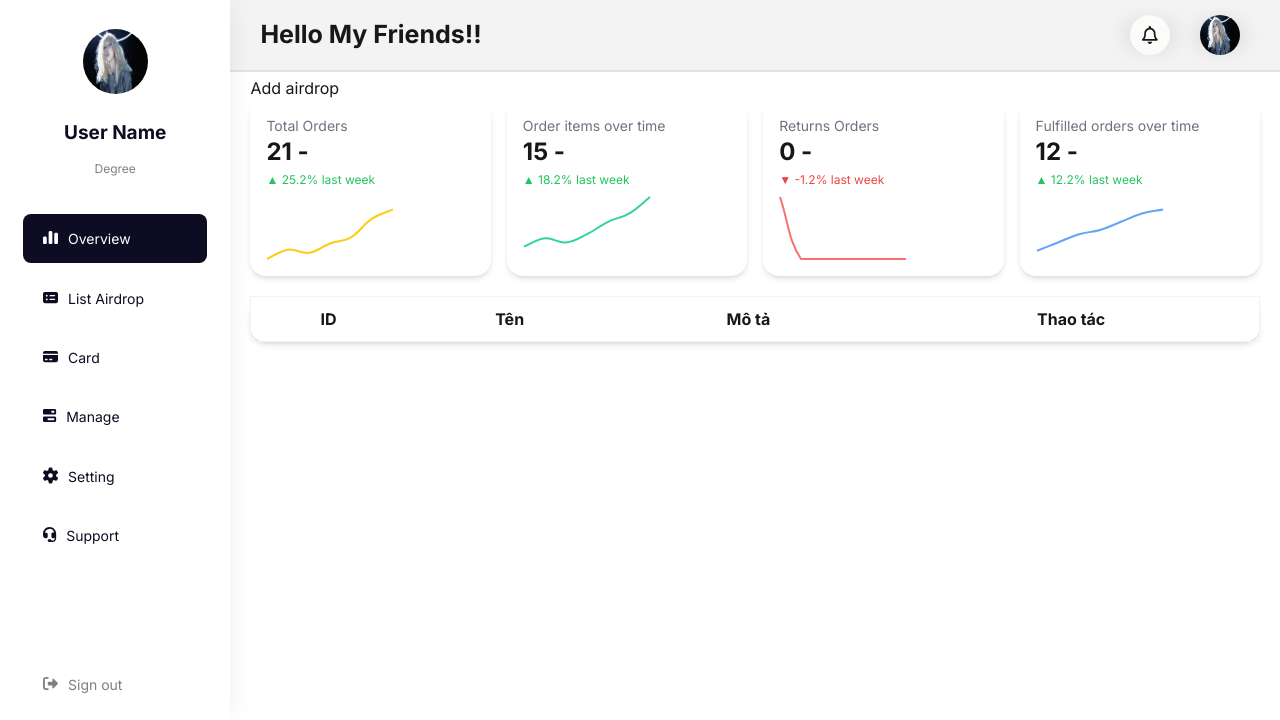
Repository: conGaStuer/airdropmamager
Page: /airdrops
The author's editor kept a copy of each file at every save. The page is drawn from the files as they stood at one save, then again after the next save.
The browser window is 1280 px wide. The pictures show the whole page.
The page's requests for data from a server got no answer. The project was rebuilt for these pictures with package versions that can differ from the ones it lists, and the page was loaded fresh each time. The framework's server and built-in components were replaced by stand-ins that run in the browser. No one was signed in, and anything a server would have sent is missing. Also part of the build but not shown: next.config.ts.

Above is the page before, as saved 2025-05-26 20:01:09.

### src/app/layout.tsx
// app/layout.tsx
import { Inter } from "next/font/google";
import "../styles/globals.css";
import NavBar from "@/components/NavBar";
import SideBar from "@/components/SideBar";

const inter = Inter({ subsets: ["latin"] });

export const metadata = {
  title: "Airdrop Admin",
  description: "Manage Airdrops",
};

// app/layout.tsx
export default function RootLayout({
  children,
}: {
  children: React.ReactNode;
}) {
  return (
    <html lang="en">
      <body>{children}</body>
    </html>
  );
}

### src/app/airdrops/layout.js
// app/airdrops/layout.js (hoặc layout.tsx nếu bạn dùng TypeScript)
"use client";
import React from "react";
import NavBar from "@/components/NavBar";
import SideBar from "@/components/SideBar";

export default function AirdropLayout({ children }) {
  return (
    <div className="flex">
      <SideBar />
      <div className="flex-1">
        <NavBar />
        <main className="pt-14 ">{children}</main>
      </div>
    </div>
  );
}

### src/app/airdrops/page.js
"use client";
import React from "react";
import { useState, useEffect } from "react";
import axios from "axios";
import { useRouter } from "next/navigation";

import StatCard from "@/components/StatCard";
import "../../styles/table.scss";
export default function AirdropPages() {
  const [airdrops, setAirdrops] = useState([]);

  useEffect(() => {
    const fetchAirdrops = async () => {
      try {
        const res = await axios.get("http://localhost:5000/api/airdrops");
        setAirdrops(res.data);
      } catch (err) {
        console.error("Error fetching airdrops:", err);
      }
    };
    fetchAirdrops();
  }, []);

  const handleDelete = async (id) => {
    if (confirm("Bạn có chắc muốn xóa airdrop này không?")) {
      await axios.delete(`http://localhost:5000/api/airdrops/${id}`);
      const res = await axios.get("http://localhost:5000/api/airdrops");
      setAirdrops(res.data);
    }
  };
  const router = useRouter();
  return (
    <div style={{ padding: 20 }}>
      <button onClick={() => router.push("./airdrops/new")}>Add airdrop</button>
      <div className=" grid grid-cols-1 md:grid-cols-2 lg:grid-cols-4 gap-4">
        <StatCard
          title="Total Orders"
          value={21}
          percentage={25.2}
          isUp={true}
          chartColor="#FACC15" // yellow
          data={[5, 8, 7, 10, 12, 18, 21]}
        />
        <StatCard
          title="Order items over time"
          value={15}
          percentage={18.2}
          isUp={true}
          chartColor="#34D399" // green
          data={[3, 5, 4, 6, 9, 11, 15]}
        />
        <StatCard
          title="Returns Orders"
          value={0}
          percentage={-1.2}
          isUp={false}
          chartColor="#F87171" // red
          data={[1, 0, 0, 0, 0, 0, 0]}
        />
        <StatCard
          title="Fulfilled orders over time"
          value={12}
          percentage={12.2}
          isUp={true}
          chartColor="#60A5FA" // blue
          data={[2, 4, 6, 7, 9, 11, 12]}
        />
      </div>
      <table
        border="1"
        cellPadding="10"
        style={{ marginTop: 20, width: "100%" }}
        className="shadow-md bg-white rounded-2xl p-4"
      >
        <thead>
          <tr>
            <th>ID</th>
            <th>Tên</th>
            <th>Mô tả</th>
            <th>Thao tác</th>
          </tr>
        </thead>
        <tbody>
          {airdrops.map((item) => (
            <tr key={item.id}>
              <td>{item.id}</td>
              <td>{item.name}</td>
              <td>{item.description}</td>
              <td>
                <button
                  onClick={() => router.push(`./airdrops/${item.id}/edit`)}
                >
                  Edit
                </button>
                <button onClick={() => handleDelete(item.id)}>Delete</button>
              </td>
            </tr>
          ))}
        </tbody>
      </table>
    </div>
  );
}

### src/styles/globals.css
@tailwind base;
@tailwind components;
@tailwind utilities;

:root {
  --background: #ffffff;
  --foreground: #171717;
}

@media (prefers-color-scheme: dark) {
  :root {
    --background: #ffffff;
    --foreground: #393737;
  }
}

body {
  color: var(--foreground);
  background: var(--background);
  font-family: inter;
  background-size: cover;
  background-position: center;
}

### src/components/NavBar.js
import React from "react";
import "../styles/navbar.scss";
import { FontAwesomeIcon } from "@fortawesome/react-fontawesome";
import {
  faEdit,
  faTrash,
  faRectangleList,
  faChartSimple,
  faCreditCard,
  faBarsProgress,
  faGear,
  faHeadset,
  faRightFromBracket,
  faRing,
} from "@fortawesome/free-solid-svg-icons";
import { faBell } from "@fortawesome/free-regular-svg-icons";
import Image from "next/image";
export default function NavBar() {
  return (
    <div className="nav-side">
      <p>Hello My Friends!!</p>
      <div className="menu">
        <div className="iconn">
          <FontAwesomeIcon icon={faBell} className="icon" />
        </div>
        <Image src="/styles/avt.jpg" alt="Avatar" width={20} height={20} />
      </div>
    </div>
  );
}

### src/components/SideBar.js
import React from "react";
import "../styles/sideBar.scss";
import { FontAwesomeIcon } from "@fortawesome/react-fontawesome";
import {
  faEdit,
  faTrash,
  faRectangleList,
  faChartSimple,
  faCreditCard,
  faBarsProgress,
  faGear,
  faHeadset,
  faRightFromBracket,
} from "@fortawesome/free-solid-svg-icons";
import Image from "next/image";
import Link from "next/link";
export default function SideBar() {
  return (
    <div className="side-bar">
      <div className="side-info">
        <div className="user-profile">
          <Image src="/styles/avt.jpg" alt="Avatar" width={80} height={80} />
          <h4>User Name</h4>
          <p>Degree</p>
        </div>
      </div>
      <div className="side-menu">
        <div className="menu-element menu-element1">
          <FontAwesomeIcon icon={faChartSimple} className="icon" />

          <span>Overview</span>
        </div>
        <Link href="./airdrops" className="menu-element">
          <FontAwesomeIcon icon={faRectangleList} className="icon" />

          <span>List Airdrop</span>
        </Link>
        <div className="menu-element">
          <FontAwesomeIcon icon={faCreditCard} className="icon" />
          <span>Card</span>
        </div>
        <div className="menu-element">
          <FontAwesomeIcon icon={faBarsProgress} className="icon" />
          <span>Manage</span>
        </div>
        <div className="menu-element">
          <FontAwesomeIcon icon={faGear} className="icon" />
          <span>Setting</span>
        </div>
        <div className="menu-element">
          <FontAwesomeIcon icon={faHeadset} className="icon" />

          <span>Support</span>
        </div>
      </div>
      <div className="side-logout">
        <FontAwesomeIcon icon={faRightFromBracket} className="icon" />
        <span>Sign out</span>
      </div>
    </div>
  );
}

### src/components/StatCard.js
import { Line } from "react-chartjs-2";
import {
  Chart as ChartJS,
  LineElement,
  CategoryScale,
  LinearScale,
  PointElement,
} from "chart.js";

ChartJS.register(LineElement, CategoryScale, LinearScale, PointElement);

export default function StatCard({
  title,
  value,
  percentage,
  chartColor,
  data,
  isUp,
}) {
  return (
    <div className="bg-white p-4 rounded-2xl shadow-md">
      <div className="text-sm text-gray-500">{title}</div>
      <div className="flex items-center justify-between">
        <div className="text-2xl font-bold">{value} -</div>
      </div>
      <div className="flex items-center text-xs text-gray-400 mt-1">
        <span className={isUp ? "text-green-500" : "text-red-500"}>
          {isUp ? "▲" : "▼"} {percentage}% last week
        </span>
      </div>
      <div className="h-16 mt-2">
        <Line
          data={{
            labels: data.map((_, i) => i),
            datasets: [
              {
                data,
                borderColor: chartColor,
                borderWidth: 2,
                tension: 0.4,
                pointRadius: 0,
              },
            ],
          }}
          options={{
            responsive: true,
            plugins: {
              legend: { display: false },
              tooltip: { enabled: false },
            },
            scales: {
              x: { display: false },
              y: { display: false },
            },
          }}
        />
      </div>
    </div>
  );
}

### src/styles/table.scss
table {
  border: 1px solid #f3f3f3;
}

### src/styles/navbar.scss
@mixin center-div {
  display: flex;

  justify-content: space-between;
  align-items: center;
}
@mixin no-space-text {
  margin: 0px;
  padding: 0px;
}
.nav-side {
  width: 82%;
  height: 10vh;
  background-color: #f3f3f3;
  position: fixed;
  float: right;
  right: 0px;

  border-bottom-right-radius: 0px;
  @include center-div();
  padding-left: 30px;
  padding-right: 40px;
  border-bottom: 2px solid rgb(226, 226, 226);
  p {
    font-size: 25px;
    font-weight: bold;
    font-family: "Inter", sans-serif;
  }
  .menu {
    width: 120px;
    height: 90%;
    @include center-div();

    .iconn {
      width: 40px;
      height: 40px;
      background-color: #fbfbfa;
      border-radius: 50%;
      @include center-div();
      justify-content: center;
      position: relative;
      left: 10px;
      box-shadow: 10px 0 20px -5px rgba(0, 0, 0, 0.1),
        -10px 0 20px -5px rgba(0, 0, 0, 0.1);

      .icon {
        font-size: 18px;
      }
    }
    img {
      width: 40px;
      height: 40px;
      border-radius: 50%;
      box-shadow: 10px 0 20px -5px rgba(0, 0, 0, 0.1),
        -10px 0 20px -5px rgba(0, 0, 0, 0.1);
    }
  }
}

### src/styles/sideBar.scss
@mixin center-div {
  display: flex;
  flex-direction: column;
  justify-content: space-between;
  align-items: center;
}
@mixin no-space-text {
  margin: 0px;
  padding: 0px;
}
.side-bar {
  font-family: "Inter", sans-serif;
  @include center-div();
  width: 18%;
  height: 100vh;
  background-color: white;
  color: #808080;
  box-shadow: 10px 0 20px -5px rgba(0, 0, 0, 0.05),
    -10px 0 20px -5px rgba(0, 0, 0, 0.05);
  z-index: 1;
  .icon {
    font-size: 15px;
    margin-right: 10px;
    position: relative;
    top: -1px;
  }
  .side-info {
    width: 80%;
    height: 34%;
    display: flex;
    flex-direction: column;
    justify-content: space-around;
    align-items: center;
    position: relative;
    top: -10px;
    h4 {
      @include no-space-text();
      font-size: 18px;
      font-weight: bold;
    }
    .user-profile {
      width: 75%;
      height: 68%;
      @include center-div();

      img {
        width: 65px;
        height: 65px;
        border-radius: 50%;
      }
      h4 {
        font-size: 19px;
        font-weight: bold;
        @include no-space-text();
        position: relative;
        top: -3px;
        color: #0d0c22;
      }
      p {
        @include no-space-text();
        font-size: 12px;
        position: relative;
        top: -18px;
      }
    }
  }
  .side-menu {
    width: 80%;
    height: 48%;
    @include center-div();
    position: relative;
    top: -65px;
    .menu-element {
      width: 100%;
      height: 14%;
      background-color: white;
      border-radius: 8px;
      font-size: 14px;
      display: flex;
      align-items: center;
      padding: 20px;
      color: #0d0c22;
    }
    .menu-element1 {
      background-color: #0d0c22;
      color: white;
    }
  }
  .side-logout {
    width: 80%;
    height: 7%;
    display: flex;
    align-items: center;
    padding: 20px;
    margin-bottom: 10px;
    span {
      font-size: 14px;
    }
  }
}

### tailwind.config.ts
import type { Config } from "tailwindcss";

export default {
  content: [
    "./src/pages/**/*.{js,ts,jsx,tsx,mdx}",
    "./src/components/**/*.{js,ts,jsx,tsx,mdx}",
    "./src/app/**/*.{js,ts,jsx,tsx,mdx}",
  ],
  theme: {
    extend: {
      colors: {
        background: "var(--background)",
        foreground: "var(--foreground)",
      },
      fontFamily: {
        sans: ["var(--font-inter)", "sans-serif"],
      },
    },
  },
  plugins: [],
} satisfies Config;

After the next save:
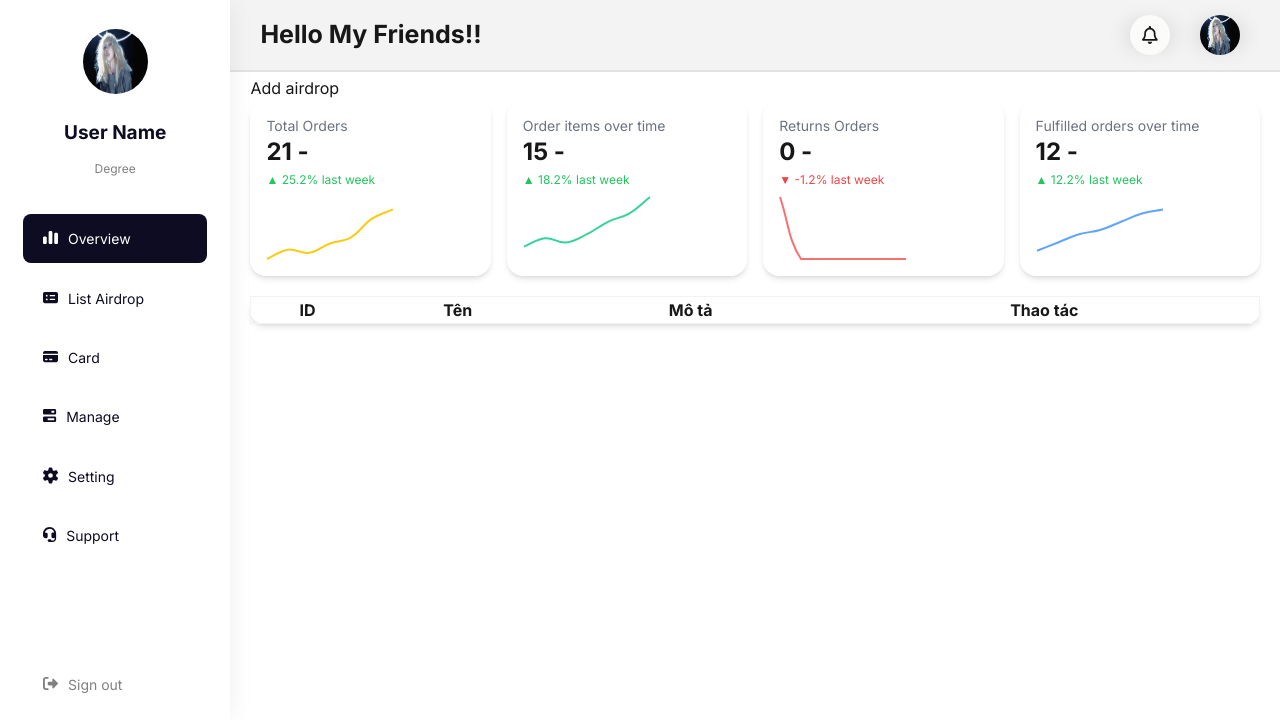
Saved 12 s later.
--- a/src/app/airdrops/page.js
+++ b/src/app/airdrops/page.js
@@ -68,7 +68,6 @@
       </div>
       <table
         border="1"
-        cellPadding="10"
         style={{ marginTop: 20, width: "100%" }}
         className="shadow-md bg-white rounded-2xl p-4"
       >

After the save that followed:
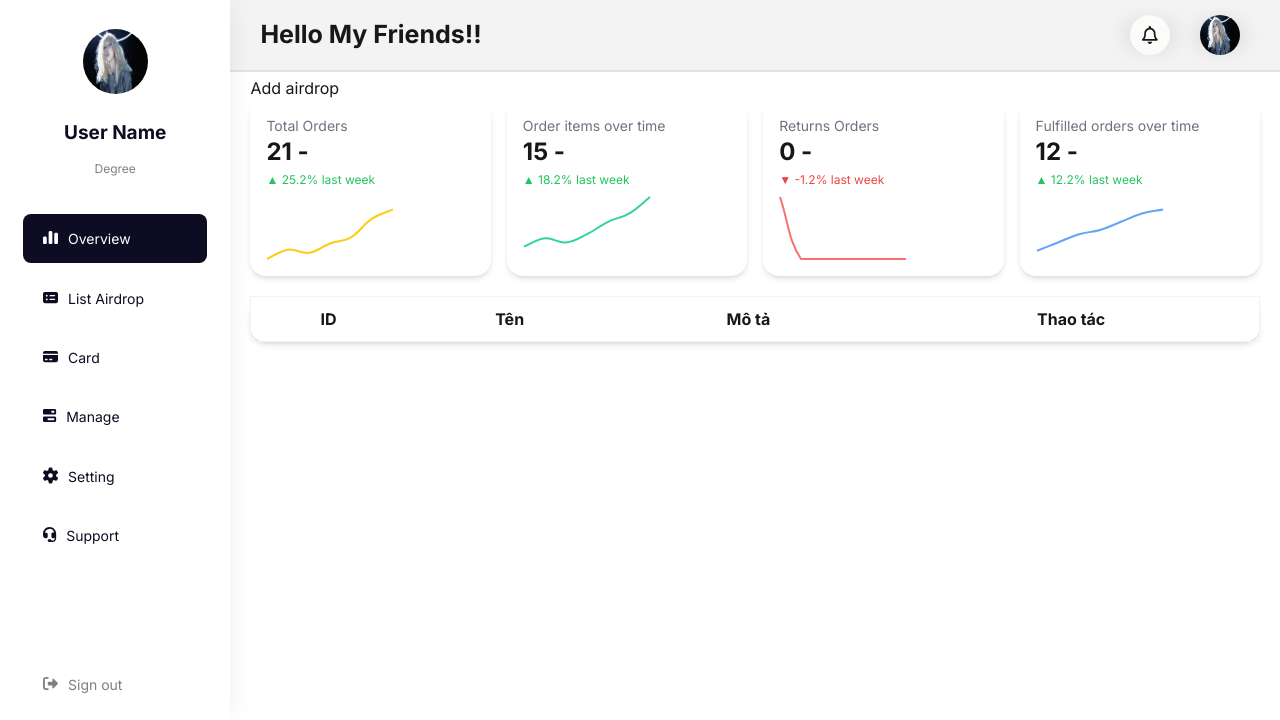
Saved 5 s later.
--- a/src/app/airdrops/page.js
+++ b/src/app/airdrops/page.js
@@ -68,8 +68,9 @@
       </div>
       <table
         border="1"
+        cellPadding="10"
         style={{ marginTop: 20, width: "100%" }}
-        className="shadow-md bg-white rounded-2xl p-4"
+        className="shadow-md bg-white rounded-2xl "
       >
         <thead>
           <tr>
